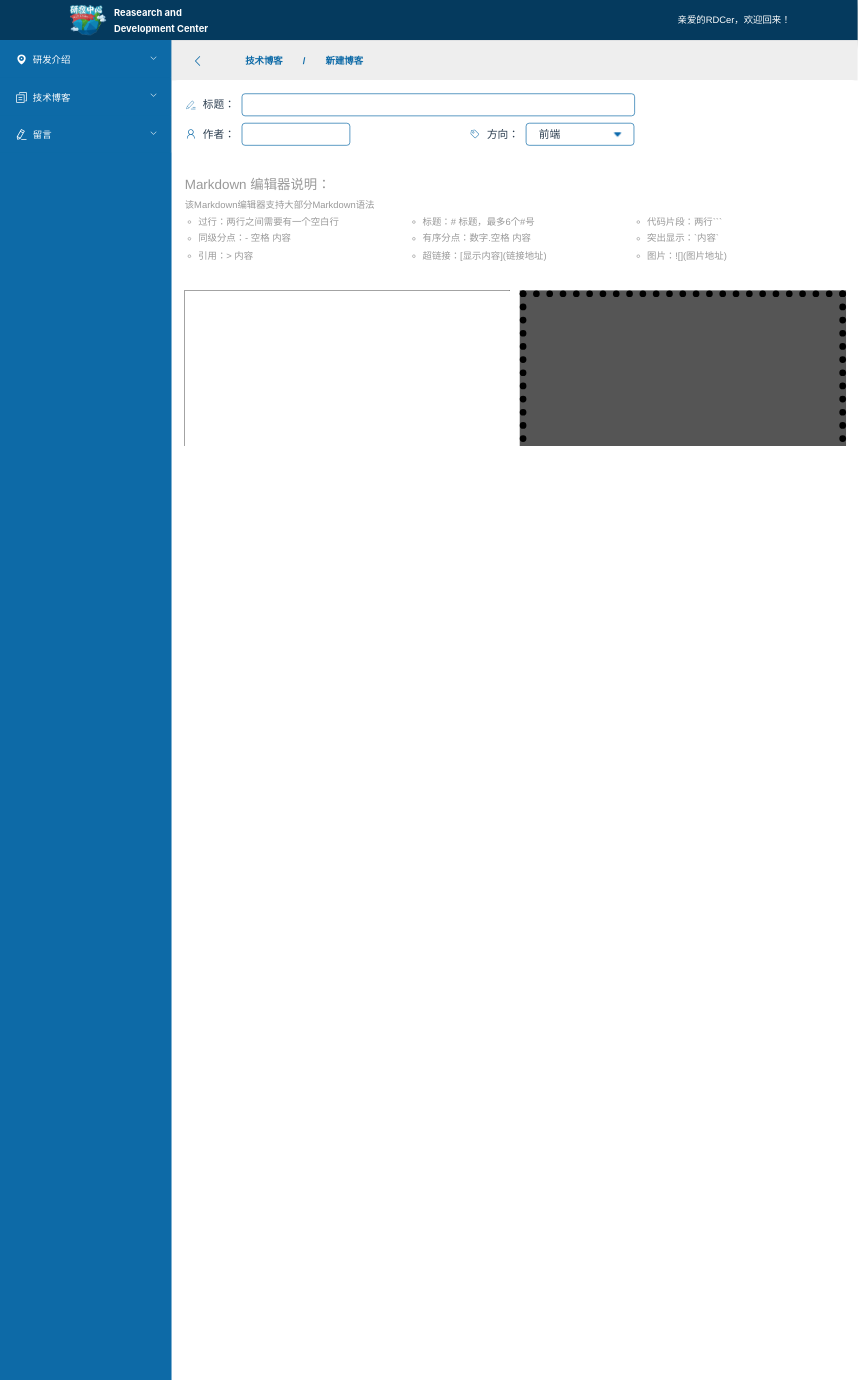
Repository: roger-hub/RDC-front-program
Page: /createblog
These files come from the project's save history. The page is drawn as it stood at one moment and after the next save; the edit follows.
The browser window is 1280 px wide. The pictures show the whole page, at 67% of full size.
An inner scrolling area shows only its first screen. The project was rebuilt for these pictures with package versions that can differ from the ones it lists, and the page was loaded fresh each time. Also part of the build but not shown: vue.config.js, src/views/Home.vue, src/views/Login.vue, src/components/UnMessage.vue, src/views/CheckMessage.vue, src/components/PushComment.vue, src/components/ReplyArea.vue, src/components/EachMessage.vue and 1 more.

Above is the page before, as saved 2020-08-21 20:41:22.

After the next save:
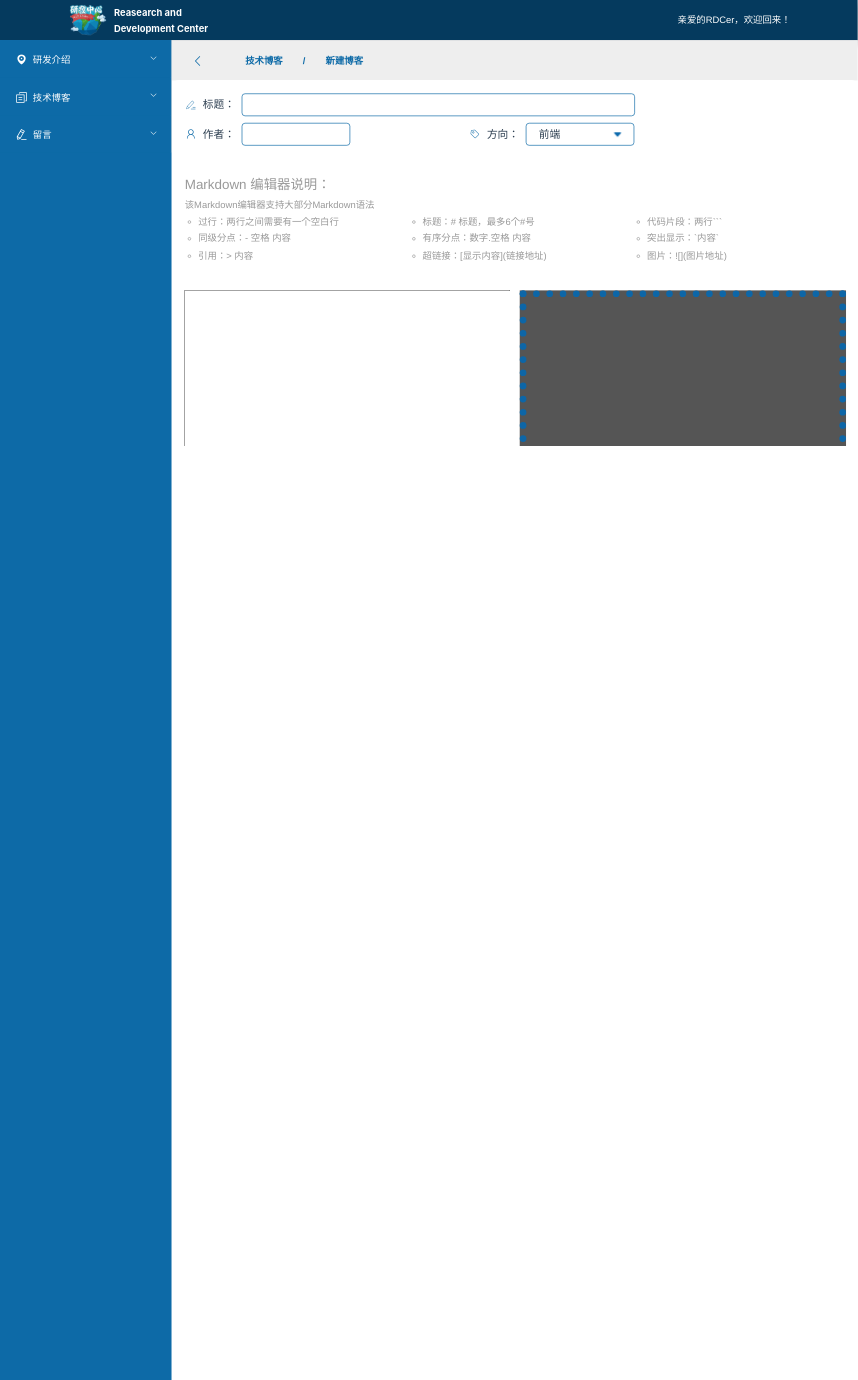
Saved 24 s later.
--- a/src/components/blogWrite/md.vue
+++ b/src/components/blogWrite/md.vue
@@ -159,7 +159,7 @@
         overflow-y: auto;
         padding: 0 10px;
         color: #eee;
-        border: 10px dotted black;
+        border: 10px dotted #0d66a7;
     }
 
 
